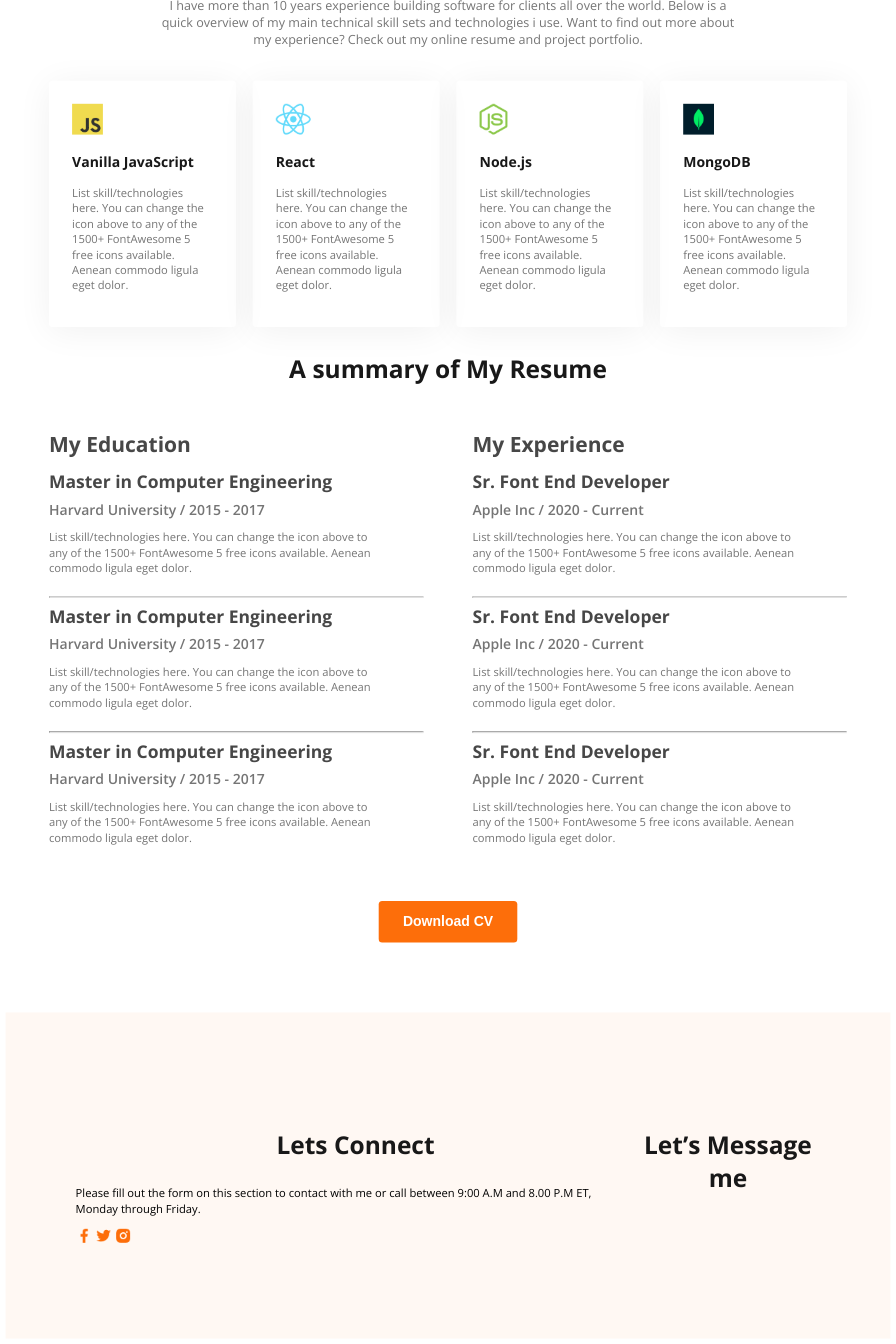
Repository: ShouravAhammed/Simple-Portfolio-Webpage
Page: index.html
An editor plug-in stored every save of this project. The page is shown before and after the next save, followed by the edit.
The browser window is 1280 px wide. The pictures show the part of the page from y = 1746 to 3666 px (the page is 3666 px tall), at 70% of full size.

Above is the page before, as saved 2024-01-06 03:51:01.

### index.html
<!DOCTYPE html>
<html lang="en">
<head>
    <meta charset="UTF-8">
    <meta name="viewport" content="width=device-width, initial-scale=1.0">
    <title>Mary</title>
    <link rel="stylesheet" href="index.css">
</head>
<body>
    <header class="header">
        <nav>
            <h3 class="nav-title">Ma<span class="text-primary">r</span>y</h3>
            <ul class="navber">
                <li><a href="">Portfolio</a></li>
                <li><a href="">Blog</a></li>
                <li><button class="btn-primary">Hire Me</button></li>
            </ul>
        </nav>
        <div class="banner">
            <div class="banner-content">
                <h3 class="banner-greeting">Hi, I  am</h3>
                <h1 class="banner-title">Mary Hardy</h1>
                <p class="banner-description">Shot what able cold new see hold.Friendly as an betrayed formerly he. Morning because as to society behaved moments.</p>
                <button class="btn-primary">Download</button>
                <button class="btn-primary">Contact</button>
            </div>
            <img class="profile-pic" src="images/hardy.png" alt="profile-pic">
        </div>
    </header>
    <main>
        <section class="about">
            <h3 class="section-title">About Me</h3>
            <p class="section-description">I, m a designer & developer with a passion for web design. I enjoy developing simple, clean and slick websites that provide real value to the end user. Thousands of clients have procured exceptional resulfs while working with me. Delivering work within time and budget which meets clients requirements in our mata.</p>
            <div class="about-info-container">
                <div class="about-info">
                    <h4 class="info-title">Name:</h4>
                    <p class="info-description">Mary Hardy</p>
                </div>
                <div class="about-info">
                    <h4 class="info-title">Email:</h4>
                    <p class="info-description">info@gmail.com</p>
                </div>
                <div class="about-info">
                    <h4 class="info-title">Date of birth:</h4>
                    <p class="info-description">11 November 1987</p>
                </div>
                <div class="about-info">
                    <h4 class="info-title">From:</h4>
                    <p class="info-description">Los Angeles, USA</p>
                </div>
            </div>
        </section>
        <!-- what i do section  -->
        <section>
            <h3 class="section-title">What I do</h3>
            <p id="what-i-do-description" class="section-description">I have more than 10 years experience building software for clients all over the world. Below is a quick overview of my main technical skill sets and technologies i use. Want to find out more about my experience? Check out my online resume and project portfolio.</p>
            <div class="skills-container">
                <div class="skills">
                    <img src="images/icons/js.png" alt="">
                    <h3 class="skills-title">Vanilla JavaScript</h3>
                    <p class="skills-description">List skill/technologies here. You can change the icon above to any of the 1500+ FontAwesome 5 free icons available. Aenean commodo ligula eget dolor.</p>
                </div>
                <div class="skills">
                    <img src="images/icons/react.png" alt="">
                    <h3 class="skills-title">React</h3>
                    <p class="skills-description">List skill/technologies here. You can change the icon above to any of the 1500+ FontAwesome 5 free icons available. Aenean commodo ligula eget dolor.</p>
                </div>
                <div class="skills">
                    <img src="images/icons/nodejs.png" alt="">
                    <h3 class="skills-title">Node.js</h3>
                    <p class="skills-description">List skill/technologies here. You can change the icon above to any of the 1500+ FontAwesome 5 free icons available. Aenean commodo ligula eget dolor.</p>
                </div>
                <div class="skills">
                    <img src="images/icons/mongo.png" alt="">
                    <h3 class="skills-title">MongoDB</h3>
                    <p class="skills-description">List skill/technologies here. You can change the icon above to any of the 1500+ FontAwesome 5 free icons available. Aenean commodo ligula eget dolor.</p>
                </div>
            </div>
        </section>
        <!-- Resume section -->
        <section>
            <h3 class="section-title">A summary of My Resume</h3>
            <div class="resume-container">
                <div class="resume-colum">
                    <h3 class="resume-column-title">My Education</h3>
                    <div class="resume-item">
                        <h3 class="resume-item-title">Master in Computer Engineering</h3>
                        <h4 class="resume-item-institute">Harvard University / 2015 - 2017</h4>
                        <p class="resume-item-description">List skill/technologies here. You can change the icon above
                            to any of the 1500+ FontAwesome 5 free icons available. Aenean commodo ligula eget dolor.</p>
                    </div>
                    <hr>
                    <div class="resume-item">
                        <h3 class="resume-item-title">Master in Computer Engineering</h3>
                        <h4 class="resume-item-institute">Harvard University / 2015 - 2017</h4>
                        <p class="resume-item-description">List skill/technologies here. You can change the icon above
                            to any of the 1500+ FontAwesome 5 free icons available. Aenean commodo ligula eget dolor.</p>
                    </div>
                    <hr>
                    <div class="resume-item">
                        <h3 class="resume-item-title">Master in Computer Engineering</h3>
                        <h4 class="resume-item-institute">Harvard University / 2015 - 2017</h4>
                        <p class="resume-item-description">List skill/technologies here. You can change the icon above
                            to any of the 1500+ FontAwesome 5 free icons available. Aenean commodo ligula eget dolor.</p>
                    </div>
                </div>
                <div class="resume-colum">
                    <h3 class="resume-column-title">My Experience</h3>
                    <div class="resume-item">
                        <h3 class="resume-item-title">Sr. Font End Developer</h3>
                        <h4 class="resume-item-institute">Apple Inc / 2020 - Current</h4>
                        <p class="resume-item-description">List skill/technologies here. You can change the icon above
                            to any of the 1500+ FontAwesome 5 free icons available. Aenean commodo ligula eget dolor.</p>
                    </div>
                    <hr>
                    <div class="resume-item">
                        <h3 class="resume-item-title">Sr. Font End Developer</h3>
                        <h4 class="resume-item-institute">Apple Inc / 2020 - Current</h4>
                        <p class="resume-item-description">List skill/technologies here. You can change the icon above
                            to any of the 1500+ FontAwesome 5 free icons available. Aenean commodo ligula eget dolor.</p>
                    </div>
                    <hr>
                    <div class="resume-item">
                        <h3 class="resume-item-title">Sr. Font End Developer</h3>
                        <h4 class="resume-item-institute">Apple Inc / 2020 - Current</h4>
                        <p class="resume-item-description">List skill/technologies here. You can change the icon above
                            to any of the 1500+ FontAwesome 5 free icons available. Aenean commodo ligula eget dolor.</p>
                    </div>
                </div>
            </div>
            <div class="download-cv">
                <button class="btn-primary">Download CV</button>
            </div>
        </section>
    </main>
    <footer>
        <div class="footer-column">
            <h3 class="section-title">Lets Connect</h3>
            <p class="footer-description">Please fill out the form on this section to contact with me or call between 9:00 A.M and 8.00 P.M ET, Monday through Friday.</p>
            <div class="social-link">
                <a href=""><img src="images/icons/facebook.png" alt="facebook"></a>
                <a href=""><img src="images/icons/twitter.png" alt="twitter"></a>
                <a href=""><img src="images/icons/insta.png" alt="insta"></a>
            </div>
        </div>
        <div class="footer-column">
            <h3 class="section-title">Let’s Message me</h3>
        </div>

    </footer>
</body>
</html>

### index.css
@import url('https://fonts.googleapis.com/css2?family=Lato:ital,wght@0,100;0,300;0,400;0,700;0,900;1,100;1,300;1,400;1,700;1,900&display=swap');
@import url('https://fonts.googleapis.com/css2?family=Open+Sans:ital,wght@0,300;0,400;0,500;0,600;0,700;0,800;1,300;1,400;1,500;1,600;1,700;1,800&display=swap');
/* google fonts import */
/* *{
    margin: 0;
    padding: 0;
    outline: 0;
} */
ul, ol{
    list-style: none;
}
body{
    font-family: 'Open Sans', sans-serif;
}
.text-primary{
    color: #FD6E0A;
}
.btn-primary{
    border-radius: 5px;
    color: #fff;
    background: #FD6E0A;
    font-size: 20px;
    font-weight: 700;
    padding: 18px 35px;
    border: 0;
}

/* nav related style */
nav{
    display: flex;
    justify-content: space-between;
    align-items: center;
    margin: 0 200px;
}
.nav-title{
    color: #181818;
    font-size: 45px;
    font-weight: 800;
}
nav > ul{
    display: flex;
    align-items: center;
}
nav li{
    margin-right: 50px;
}
nav a{
    text-decoration: none;
    color: #474747;
}
/* header related style */
.header{
    background: #FFF8F3;
    background-image: url(images/header_bg.png);
    background-position: bottom right;
    background-repeat: no-repeat;
}
.banner{
    display: flex;
    justify-content: space-between;
    padding: 30px 30px 0px 150px;
    align-items: center;
}
.banner-content{
    max-width: 580px;
}
.banner .profile-pic{
    width: 500px;
}
.banner-greeting{
    color: #474747;
    font-size: 45px;
    margin-bottom: 0;
}
.banner-title{
    color: #181818;
    font-size: 85px;
    font-weight: 700;
    margin-top: 5px;
    margin-bottom: 20px;
}
.banner-description{
    color: #575757;
    font-size: 18px;
    font-weight: 400;
    margin-bottom: 20px;
}
/* main part style */
main{
    max-width: 1140px;
    margin: 0 auto;
}
/* about part style */
.about{
    border-radius: 10px;
    background: #FFF8F3;
    margin: 130px 0px;
    padding: 130px 155px;
}
.section-title{
    color: #181818;
    text-align: center;
    font-size: 35px;
    font-weight: 700;
}
.section-description{
    color: #757575;
    text-align: center;
    font-size: 18px;
    font-weight: 400;
}
.about-info-container{
    display: flex;
    justify-content: space-around;
}
.about-info{
    text-align: center;
}
.info-title{
    color:  #757575;
    text-align: center;
    font-size: 20px;
    font-weight: 400;
    margin-bottom: 0px;
}
.info-description{
    color:#474747;
    font-size: 20px;
    font-weight: 700;
    margin-top: 10px;
}
#what-i-do-description{
    padding: 30px 150px;
}
/* what i do section style */
.skills-container{
    display: flex;
    gap: 24px;
}
.skills{
    border-radius: 5px;
    box-shadow: 0px 6px 50px 0px rgba(0, 0, 0, 0.06);
    padding: 33px
}
.skills-title{
    color: #181818;
    font-size: 20px;
    font-weight: 700;
}
.skills-description{
    color:#757575;
    font-size: 16px;
    font-weight: 400;
}
/* Resume sectionpart start */
.resume-container{
    display: flex;
    gap: 70px;
}
.resume-container hr{
    background: #d1d1d1;
    height: 0.1px;
}
.resume-column-title{
    color:#474747;
    font-size: 30px;
    font-weight: 700;
    margin-bottom: 15px;
}
.resume-item-title{
    color: #474747;
    font-size: 25px;
    font-weight: 700;
    margin-top: 0px;
    margin-bottom: 10px;
}
.resume-item-institute{
    color: #757575;
    font-size: 20px;
    font-weight: 600;
    margin-top: 0px;
    margin-bottom: 15px;
}
.resume-item-description{
    color: #757575;
    font-size: 16px;
    font-weight: 400;
    margin-top: 10px;
    margin-bottom: 30px;
    padding-right: 50px;
}
.download-cv{
    text-align: center;
    margin-top: 50px;
}
/* footer part style */
footer{
    display: flex;
    background: #fff8f3;
    padding: 130px 100px;
    margin-top: 100px;
}

After the next save:
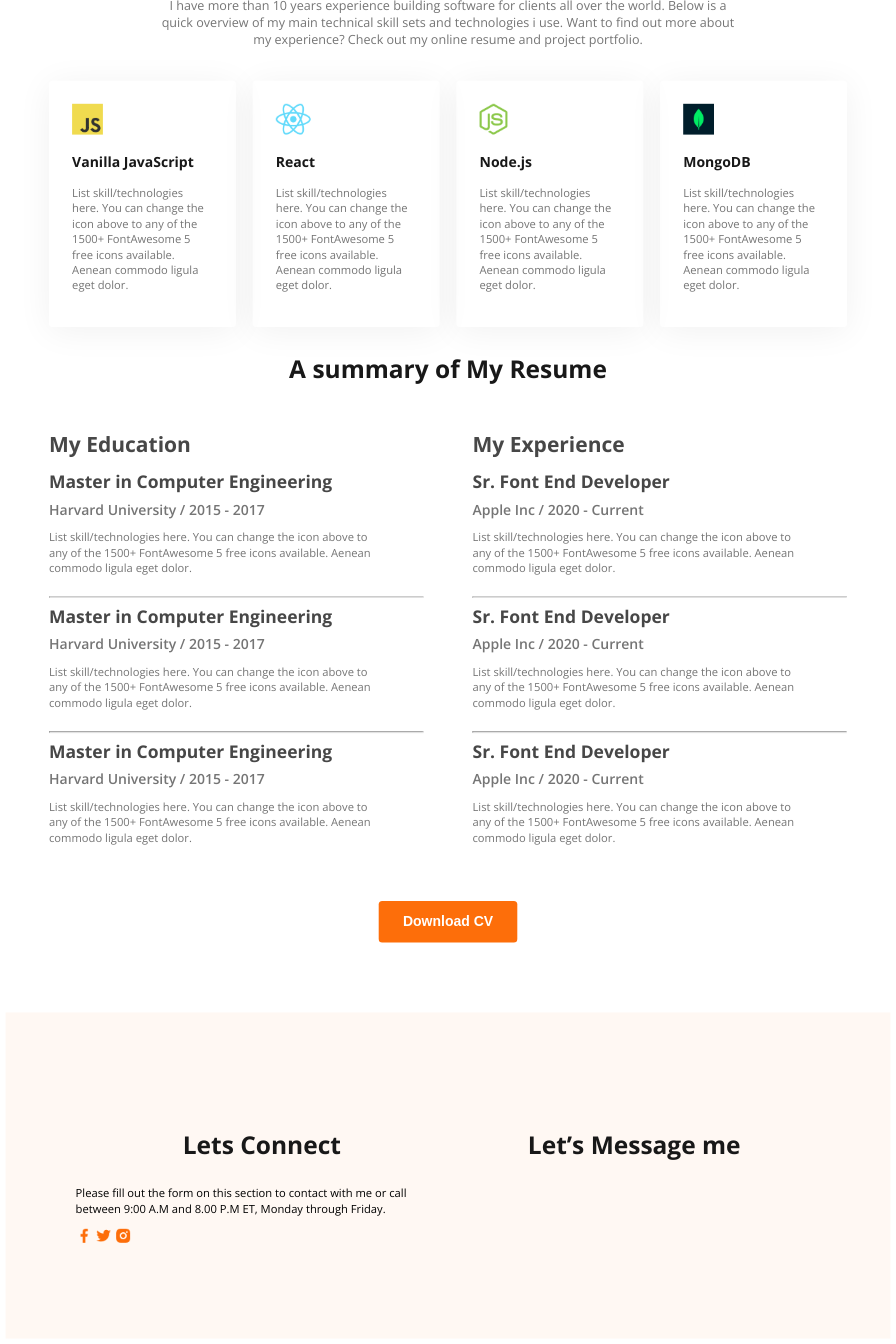
Saved 90 s later.
--- a/index.css
+++ b/index.css
@@ -200,3 +200,6 @@ footer{
     padding: 130px 100px;
     margin-top: 100px;
 }
+.footer-column{
+    width: 50%;
+}
